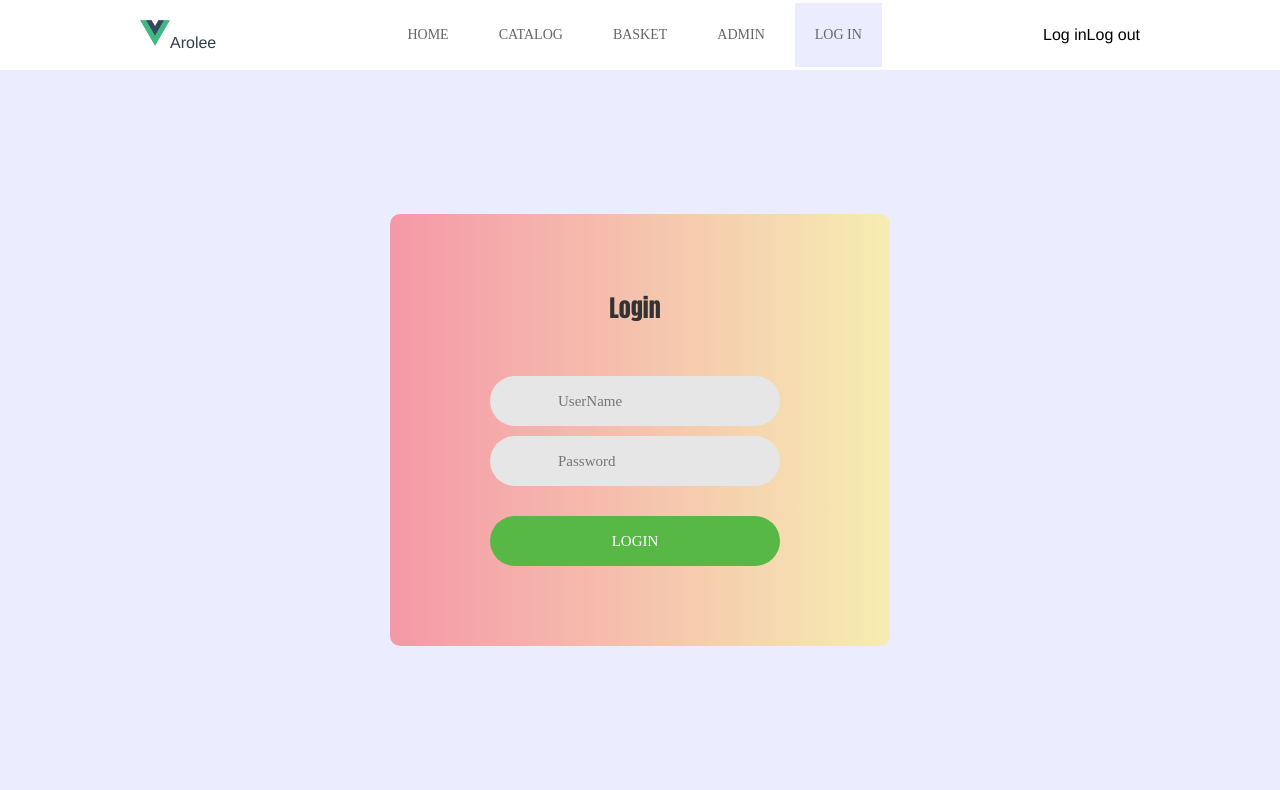
Repository: nutelabezgmo222/toyShop_FE
Page: /login
The author's editor kept a copy of each file at every save. The page is drawn from the files as they stood at one save, then again after a run of saves.
The browser window is 1280 px wide. The pictures show the whole page.
The project was rebuilt for these pictures with package versions that can differ from the ones it lists, and the page was loaded fresh each time. Also part of the build but not shown: vue.config.js, src/components/Pages/HomePage.vue, src/components/Pages/CatalogPage.vue, src/components/Pages/BasketPage.vue, src/components/Pages/Admin/AdminPage.vue, src/api/index.js, src/api/subInformation/index.js, src/api/brand/index.js and 4 more.

Above is the page before, as saved 2022-06-28 17:43:00.

### src/App.vue
<template>
  <div class="wrapper">
    <Header :links="navigation" />
    <main>
      <router-view />
    </main>
    <footer></footer>
  </div>
</template>

<script>
import Header from '@/components/Molecules/Header';

export default {
    name: 'App',
    components: {
        Header
    },
    data() {
        return {
            navigation: [
                { title: 'Home', to: '/' },
                { title: 'Catalog', to: '/catalog' },
                { title: 'Basket', to: '/basket' },
                { title: 'Admin', to: '/admin' },
                {title : 'Log In', to: '/login' },
            ],
        };
    },
};

</script>

<style>
@import '@/assets/css/normalize.css';

#app {
  font-family: Avenir, Helvetica, Arial, sans-serif;
  -webkit-font-smoothing: antialiased;
  -moz-osx-font-smoothing: grayscale;
  text-align: center;
  color: #2c3e50;
  padding-top: 70px;
  background-color: #ECECFF;
  min-height: 100vh;
  position: relative;
}
.wrapper {
    max-width: 1000px;
    margin: 0 auto;
}
</style>

### src/store/index.js
import { createStore } from 'vuex';

const store = createStore({
    state () {
        return {
            count: 0
        }
    },
    mutations: {
        increment (state) {
            state.count++
        }
    }
});

export default store;

### src/router/index.js
import { createRouter, createWebHistory } from 'vue-router';
import routes from './routes';

const router = createRouter({
    history: createWebHistory(),
    routes, // short for `routes: routes`
});

export default router;

### src/components/Molecules/Header.vue
<template>
  <header>
    <div class="wrapper">
      <div class="logo_wrapper">
        <img :src="logo" alt="logo">
        <span class="logo_title">{{ projectTitle }}</span>
      </div>
      <nav>
        <router-link
          v-for="link in links"
          :key="link.title"
          :to="link.to"
          class="navigation_link">
          {{ link.title }}
        </router-link>
      </nav>
      <div>
        <Button button-text="Log in" />
        <Button button-text="Log out" />
      </div>
    </div>
  </header>
</template>

<script>
import Logo from '@/assets/images/logo.png';
import Button from '@/components/Atoms/Button';

export default {
    components: {
        Button
    },
    props: {
        links: {
            type: Array,
            required: true
        },
    },
    data() {
        return {
            logo: Logo,
            projectTitle: 'Arolee'
        }
    },
}
</script>

<style scoped>
  header {
      position: fixed;
      height: 70px;
      top: 0;
      left: 0;
      right: 0;
      background-color: #fff;
  }

  .wrapper {
      display: flex;
      justify-content: space-between;
      align-items: center;
      height: 100%;
  }

  .logo_wrapper img {
      width: 30px;
      height: 30px;
  }

  nav {
      flex-grow: 1;
      display: flex;
      justify-content: center;
  }

  .router-link-active {
      background-color: #ECECFF;
  }

  .navigation_link {
      margin-left: 10px;
      text-transform: uppercase;
      transition: all 0.3s ease;
      padding: 20px;
  }

  .navigation_link:hover {
      background-color: #ECECFF;
  }
</style>

### src/router/routes.js
import HomePage from '@/components/Pages/HomePage';
import CatalogPage from '@/components/Pages/CatalogPage';
import BasketPage from '@/components/Pages/BasketPage';

import LogInPage from '@/components/Pages/LogInPage';

import AdminPage from '@/components/Pages/Admin/AdminPage';
import AdminCreate from '@/components/Pages/Admin/AdminCreate';
import AdminDelete from '@/components/Pages/Admin/AdminDelete';

const routes = [
    { path: '/', component: HomePage },
    {
        path: '/basket',
        component: BasketPage
    },
    { path: '/catalog', component: CatalogPage },
    {
        path: '/admin',
        component: AdminPage,
        children: [
           {
              path: 'create',
              component: AdminCreate,
              name: 'AdminCreate'
           },
           {
              path: 'delete',
              component: AdminDelete,
              name: 'AdminDelete'
          }
        ]
    },

    { path: '/login', component: LogInPage},
]

export default routes;

### src/components/Atoms/Button.vue
<template>
  <button>{{ buttonText }}</button>
</template>

<script>
export default {
  props: {
      buttonText: {
          type: String,
          required: true
      }
  }

}
</script>

<style>

</style>

### src/components/Pages/LogInPage.vue
<template>
  <div>

    <div class="limiter">
		<div class="container-login100">
			<div class="wrap-login100">

				<form class="login100-form validate-form">
					<span class="login100-form-title">
					 Login
					</span>

					<div class="wrap-input100 validate-input" data-validate = "Valid email is required: ex@abc.xyz">
						<input class="input100" type="text" name="name" placeholder="UserName">
						<span class="focus-input100"></span>

						<span class="symbol-input100">
							<i class="fa fa-envelope" aria-hidden="true"></i>
						</span>
					</div>

					<div class="wrap-input100 validate-input" data-validate = "Password is required">
						<input class="input100" type="password" name="pass" placeholder="Password">
						<span class="focus-input100"></span>

						<span class="symbol-input100">
							<i class="fa fa-lock" aria-hidden="true"></i>
						</span>
					</div>

					<div class="container-login100-form-btn">
						<button class="login100-form-btn">
							Login
						</button>
					</div>

				</form>
			</div>
		</div>
	</div>

  </div>
</template>

<script>
export default {

}
</script>

<style>


* {
	margin: 0px;
	padding: 0px;
	box-sizing: border-box;
}

body, html {
    justify-content: center;
	height: 100%;
    width: 100%;
    font-family: Poppins-Regular, sans-serif;
}

a {
	font-family: Poppins-Regular;
	font-size: 14px;
	line-height: 1.7;
	color: #666666;
	margin: 0px;
	transition: all 0.4s;
	-webkit-transition: all 0.4s;
  -o-transition: all 0.4s;
  -moz-transition: all 0.4s;
}

a:focus {
	outline: none !important;
}

a:hover {
	text-decoration: none;
  color: #57b846;
}


h1,h2,h3,h4,h5,h6 {
	margin: 0px;
}

p {
	font-family: Poppins-Regular;
	font-size: 14px;
	line-height: 1.7;
	color: #666666;
	margin: 0px;
}

ul, li {
	margin: 0px;
	list-style-type: none;
}



input {
	outline: none;
	border: none;
}

textarea {
  outline: none;
  border: none;
}

textarea:focus, input:focus {
  border-color: transparent !important;
}




button {
	outline: none !important;
	border: none;
	background: transparent;

}

button:hover {
	cursor: pointer;
}

iframe {
	border: none !important;
}


.txt1 {
  font-family: Poppins-Regular;
  font-size: 13px;
  line-height: 1.5;
  color: #999999;
}

.txt2 {
  font-family: Poppins-Regular;
  font-size: 13px;
  line-height: 1.5;
  color: #666666;
}


.limiter {
  width: 100%;
  margin: 0 auto;
}

.container-login100 {
  width: 100%;
  height: 100%;
  min-height: 100vh;

  display: flex;
  flex-wrap: wrap;
  justify-content: center;
  align-items: center;
  padding: 15px;

}

.wrap-login100 {
  width: 500px;
  background: #fff;
  border-radius: 10px;
  overflow: hidden;

  display: -webkit-box;
  display: -webkit-flex;
  display: -moz-box;
  display: -ms-flexbox;
  display: flex;
  flex-wrap: wrap;
  justify-content: space-between;
  padding: 80px 100px 80px 100px;


    background: linear-gradient(90deg, #f598a8, #f6edb2);
    /* background: linear-gradient(90deg, #faf0cd, #fab397);*/
}





.login100-form {
  width: 290px;
}

.login100-form-title {
  font-family:Impact, Haettenschweiler, 'Arial Narrow Bold', sans-serif;
  font-size: 24px;
  color: #333333;
  line-height: 1.2;
  text-align: center;

  width: 100%;
  display: block;
  padding-bottom: 54px;
}


/*---------------------------------------------*/
.wrap-input100 {
  position: relative;
  width: 100%;
  z-index: 1;
  margin-bottom: 10px;
}

.input100 {
  font-family: Poppins-Medium;
  font-size: 15px;
  line-height: 1.5;
  color: #666666;

  display: block;
  width: 100%;
  background: #e6e6e6;
  height: 50px;
  border-radius: 25px;
  padding: 0 30px 0 68px;
}


/*------------------------------------------------------------------
[ Focus ]*/
.focus-input100 {
  display: block;
  position: absolute;
  border-radius: 25px;
  bottom: 0;
  left: 0;
  z-index: -1;
  width: 100%;
  height: 100%;
  box-shadow: 0px 0px 0px 0px;
  color: rgba(87,184,70, 0.8);
}

.input100:focus + .focus-input100 {
  -webkit-animation: anim-shadow 0.5s ease-in-out forwards;
  animation: anim-shadow 0.5s ease-in-out forwards;
}

@-webkit-keyframes anim-shadow {
  to {
    box-shadow: 0px 0px 70px 25px;
    opacity: 0;
  }
}

@keyframes anim-shadow {
  to {
    box-shadow: 0px 0px 70px 25px;
    opacity: 0;
  }
}

.symbol-input100 {
  font-size: 15px;

  display: -webkit-box;
  display: -webkit-flex;
  display: -moz-box;
  display: -ms-flexbox;
  display: flex;
  align-items: center;
  position: absolute;
  border-radius: 25px;
  bottom: 0;
  left: 0;
  width: 100%;
  height: 100%;
  padding-left: 35px;
  pointer-events: none;
  color: #666666;

  -webkit-transition: all 0.4s;
  -o-transition: all 0.4s;
  -moz-transition: all 0.4s;
  transition: all 0.4s;
}

.input100:focus + .focus-input100 + .symbol-input100 {
  color: #57b846;
  padding-left: 28px;
}

/*------------------------------------------------------------------
[ Button ]*/
.container-login100-form-btn {
  width: 100%;
  display: -webkit-box;
  display: -webkit-flex;
  display: -moz-box;
  display: -ms-flexbox;
  display: flex;
  flex-wrap: wrap;
  justify-content: center;
  padding-top: 20px;
}

.login100-form-btn {
  font-family: Montserrat-Bold;
  font-size: 15px;
  line-height: 1.5;
  color: #fff;
  text-transform: uppercase;

  width: 100%;
  height: 50px;
  border-radius: 25px;
  background: #57b846;
  display: -webkit-box;
  display: -webkit-flex;
  display: -moz-box;
  display: -ms-flexbox;
  display: flex;
  justify-content: center;
  align-items: center;
  padding: 0 25px;

  -webkit-transition: all 0.4s;
  -o-transition: all 0.4s;
  -moz-transition: all 0.4s;
  transition: all 0.4s;
}

.login100-form-btn:hover {
  background: #333333;
}



/*------------------------------------------------------------------
[ Responsive ]*/



@media (max-width: 992px) {
  .wrap-login100 {
    padding: 177px 90px 33px 85px;
  }

  .login100-pic {
    width: 35%;
  }

  .login100-form {
    width: 50%;
  }
}

@media (max-width: 768px) {
  .wrap-login100 {
    padding: 100px 80px 33px 80px;
  }

  .login100-pic {
    display: none;
  }

  .login100-form {
    width: 100%;
  }
}

@media (max-width: 576px) {
  .wrap-login100 {
    padding: 100px 15px 33px 15px;
  }
}


/*------------------------------------------------------------------
[ Alert validate ]*/

.validate-input {
  position: relative;
}

.alert-validate::before {
  content: attr(data-validate);
  position: absolute;
  max-width: 70%;
  background-color: white;
  border: 1px solid #c80000;
  border-radius: 13px;
  padding: 4px 25px 4px 10px;
  top: 50%;
  -webkit-transform: translateY(-50%);
  -moz-transform: translateY(-50%);
  -ms-transform: translateY(-50%);
  -o-transform: translateY(-50%);
  transform: translateY(-50%);
  right: 8px;
  pointer-events: none;

  font-family: Poppins-Medium;
  color: #c80000;
  font-size: 13px;
  line-height: 1.4;
  text-align: left;

  visibility: hidden;
  opacity: 0;

  -webkit-transition: opacity 0.4s;
  -o-transition: opacity 0.4s;
  -moz-transition: opacity 0.4s;
  transition: opacity 0.4s;
}

.alert-validate::after {
  content: "\f06a";
  font-family: FontAwesome;
  display: block;
  position: absolute;
  color: #c80000;
  font-size: 15px;
  top: 50%;
  -webkit-transform: translateY(-50%);
  -moz-transform: translateY(-50%);
  -ms-transform: translateY(-50%);
  -o-transform: translateY(-50%);
  transform: translateY(-50%);
  right: 13px;
}

.alert-validate:hover:before {
  visibility: visible;
  opacity: 1;
}

@media (max-width: 992px) {
  .alert-validate::before {
    visibility: visible;
    opacity: 1;
  }
}
</style>

Loaded but not shown: public/index.html (common file); src/main.js (common file); src/assets/css/normalize.css (library)

After the next 2 saves:
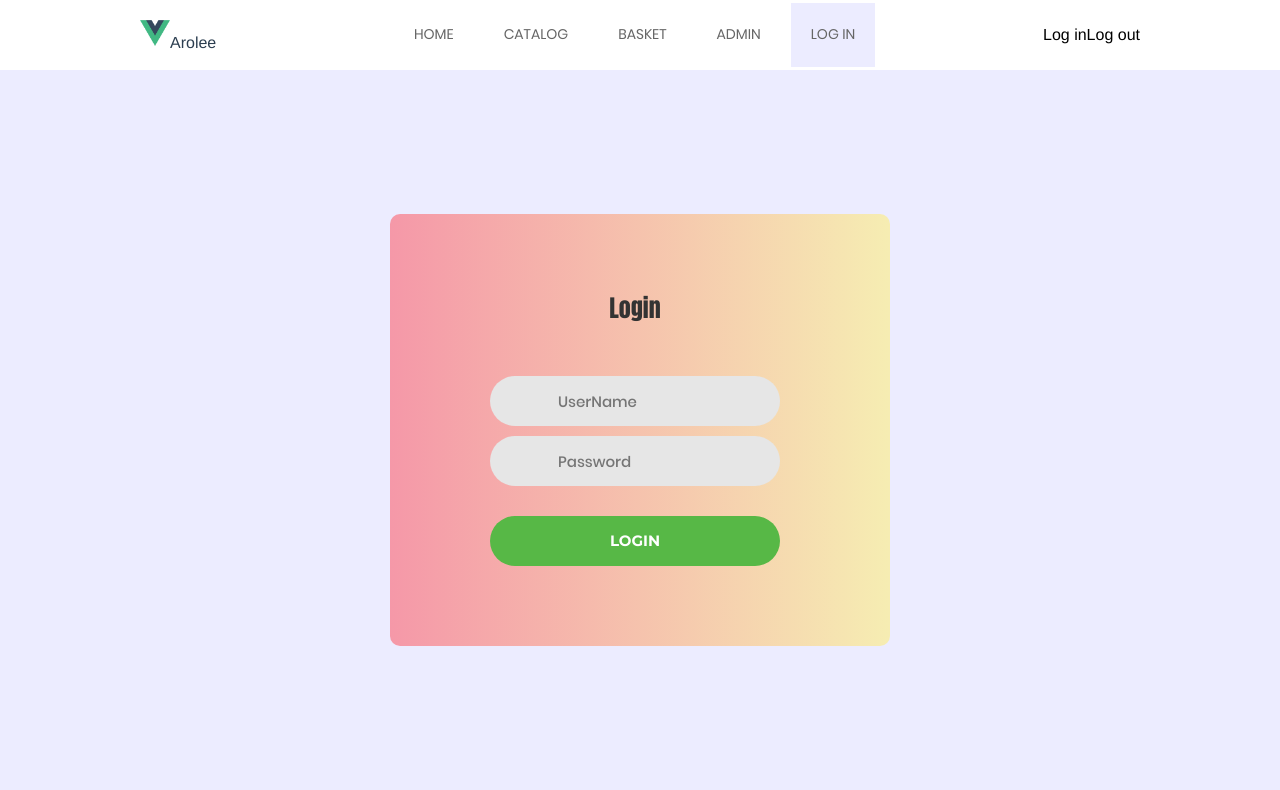
The 2 saves are shown as one change because they came seconds apart.
The last was saved 61 s later.
--- a/src/components/Pages/LogInPage.vue
+++ b/src/components/Pages/LogInPage.vue
@@ -1,4 +1,5 @@
 <template>
+
   <div>
 
     <div class="limiter">
@@ -50,6 +51,25 @@ export default {
 
 <style>
 
+@font-face {
+  font-family: Poppins-Regular;
+  src: url('../fonts/poppins/Poppins-Regular.ttf');
+}
+
+@font-face {
+  font-family: Poppins-Bold;
+  src: url('../fonts/poppins/Poppins-Bold.ttf');
+}
+
+@font-face {
+  font-family: Poppins-Medium;
+  src: url('../fonts/poppins/Poppins-Medium.ttf');
+}
+
+@font-face {
+  font-family: Montserrat-Bold;
+  src: url('../fonts/montserrat/Montserrat-Bold.ttf');
+}
 
 * {
 	margin: 0px;
